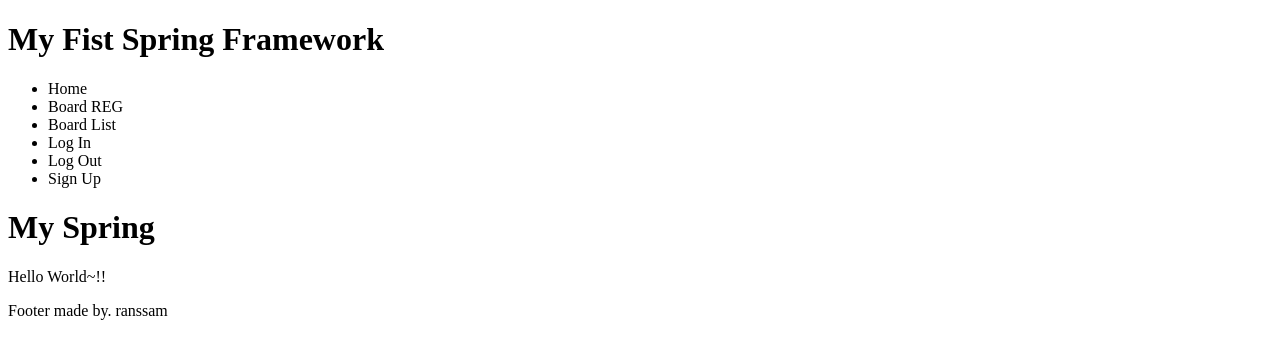
Repository: dhalfks/springSecurityTest
Page: http://localhost/springTest/WEB-INF/views/index.jsp
These files come from the project's save history. The page is drawn as it stood at one moment and after the next save; the edit follows.
The browser window is 1280 px wide. The pictures show the whole page.
The page is served by Tomcat 9. Nobody is signed in. The template is opened directly, without the code that normally fills it, so the values that code supplies are empty.

Above is the page before, as saved 2023-09-29 09:50:46.

After the next save:
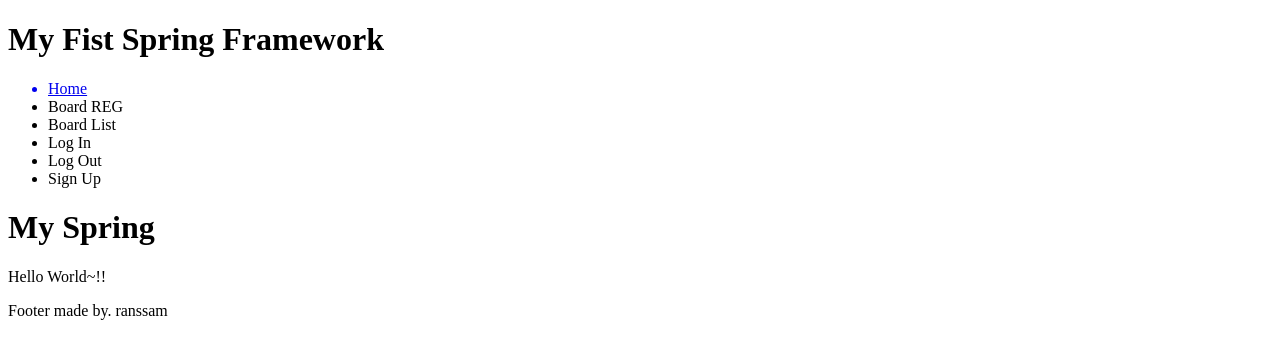
Saved 31 s later.
--- a/_spring_workspace/springTest/src/main/webapp/WEB-INF/views/common/nav.jsp
+++ b/_spring_workspace/springTest/src/main/webapp/WEB-INF/views/common/nav.jsp
@@ -4,7 +4,7 @@
 <%@ taglib prefix="sec" uri="http://www.springframework.org/security/tags" %>
 <header>
 <ul>
-<li>Home</li>
+<a href="index.jsp"><li>Home</li></a>
 <li>Board REG</li>
 <li>Board List</li>
 <li>Log In</li>
